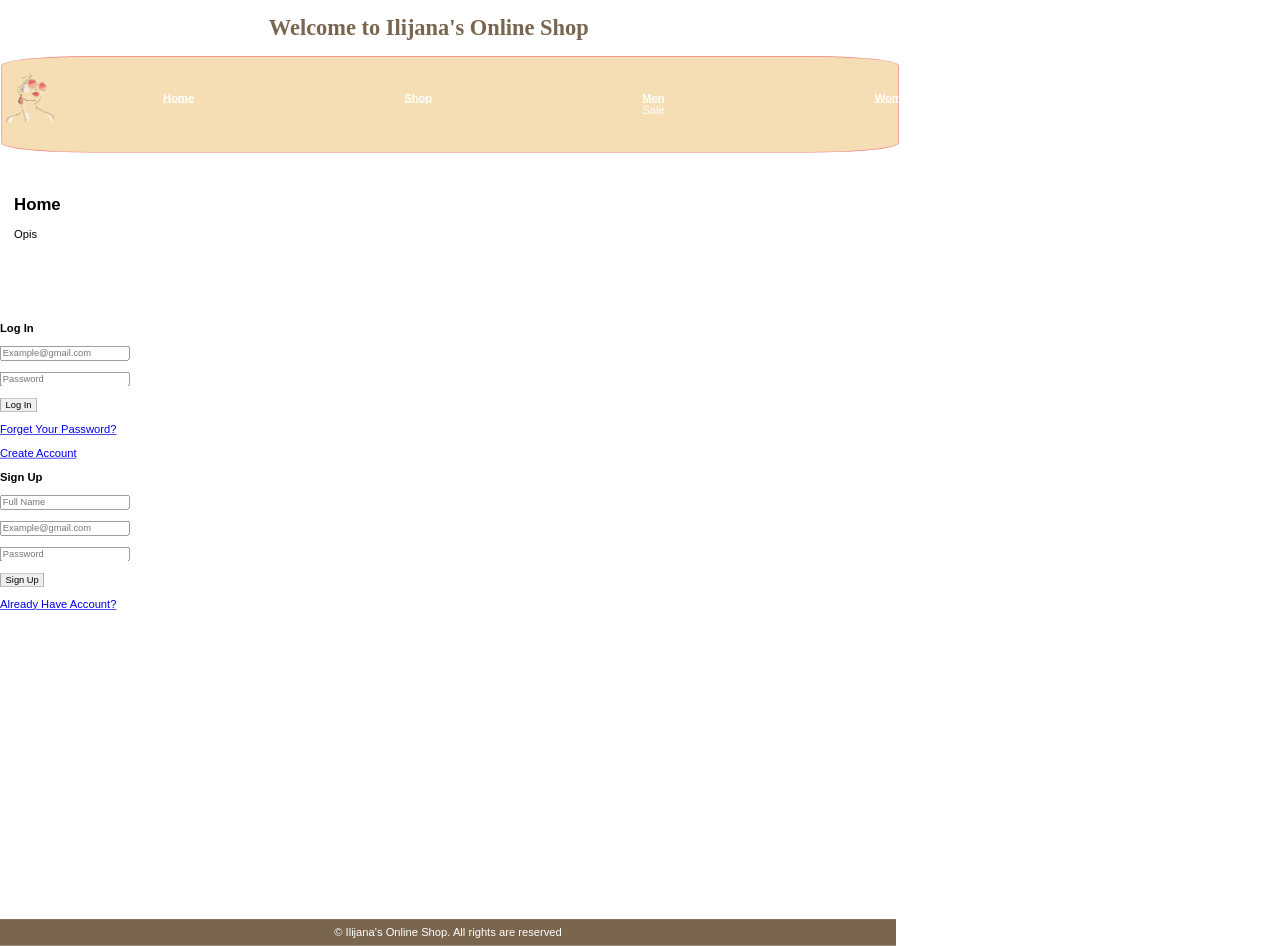
Repository: ilijana123/Proekt1
Page: html.html
The author's editor kept a copy of each file at every save. The page is drawn from the files as they stood at one save, then again after the next save.
The browser window is 1280 px wide. The page is 1801 px wide, so the pictures cover 1801 px, including what lies to the right of the window. The pictures show the whole page, at 70% of full size.

Above is the page before, as saved 2023-11-13 02:10:37.

### html.html
<!DOCTYPE html>
<html>
    <head>

    <meta charset="utf-8">
    <title>Online shop</title>
    <link rel="stylesheet" type="text/css" href="1.css">
    <script src="script.js"></script>

    </head>

    <body>
    <header>
       <h1>Welcome to Ilijana's Online Shop</h1>
    </header>

    <nav>
        <div class="social-call">
        <div class="social">
            <a href="#"><i class="fab fa-facebook-f"></i></a>
            <a href="#"><i class="fab fa-twitter"></i></a>
            <a href="#"><i class="fab fa-youtube"></i></a>
            <a href="#"><i class="fab fa-instagram"></i></a>
        </div>
        </div>
        <div class="navigation">
            <a href="#" class="logo"><img src="logo.png"></a>
            <div class="toggle"></div>
            <ul class="menu">
            <li><a href="#">Home</a></li>
            <li  class="shop"><a href="#" >Shop</a></li>
            <li><a href="#">Men</a>
                <span class="sale-lable">Sale</span>
            </li>
            <li><a href="#">Women</a></li>
            <li><a href="#">Kids</a></li>
            </ul>
            <div class="right-menu">
            <a href="javascript:void(0);" class="search">
                <i class="fas fa-search"></i>
            </a>
            <a href="javascript:void(0);" class="user">
                <i class="far fa-user"></i>
            </a>
            <a href="#">
                <i class="fas fa-shopping-cart">
                    <span class="num-cart-product">0</span>
                </i>
            </a>
            </div>
        </div>
    </nav>

       <section id="home">
            <h2>Home</h2>
            <p>Opis</p>
        </section>
        <section id="contact"></section>
            <div class="form">
                <div class="login-form">
                    <a href="javascript:void(0);" class="form-cancel">
                        <i class="fas fa-times"></i>
                    </a>
                    <strong>Log In</strong>
                    <form>
                        <p><input type="email" name="email" placeholder="Example@gmail.com" required/></p>
                        <p><input type="password" name="password" placeholder="Password" required/></p>
                        <p><input type="submit" value="Log In"/></p>
                    </form>
                    <div class="form-btns">
                        <p><a href="#" class="forget">Forget Your Password?</a></p>
                        <p><a href="javascript:void(0);" class="sign-up-btn">Create Account</a></p>
                    </div>
                </div>
                    <div class="sign-up-form">
                    <a href="javascript:void(0);" class="form-cancel">
                        <i class="fas fa-times"></i>
                    </a>
                        <strong>Sign Up</strong>
                        <form>
                            <p><input type="text" name="fullname" placeholder="Full Name" required/></p>
                            <p><input type="email" name="email" placeholder="Example@gmail.com" required/></p>
                            <p><input type="password" name="password" placeholder="Password" required/></p>
                            <p><input type="submit" value="Sign Up"/>
                        </form>
                        <div class="form-btns">
                            <a href="javascript:void(0);" class="already-account">
                                Already Have Account?</a>

                        </div>
                    </div>
            </div>
       </section>

       <section id="category1"></section>
       <section id="category2"></section>
       <section id="category3"></section>
       <section id="instagram"></section>
      <section id="survey">
      </section>
      <section id="questionnaire">
      </section>
      <section id="contact">
      </section>
       <footer> &copy; Ilijana's Online Shop. All rights are reserved</footer>

    </body>
</html>

### 1.css
h1  {
        font-family: fantasy;
        color:rgb(122, 101, 79);
        position:relative;
        margin-left: 30%;
    }
    body
    {
        margin: 0;
        padding: 0;
        font-family: Arial, sans-serif;
    }
    .navigation
    {
        display:flex;
        justify-content: space-between;
        allign-items: center;
        background-color: wheat;
        margin:auto;
        position: relative;
        color: white;
        padding:auto;
        left: 2px;
        right: 2px;
        width: 100%;
        z-index: 100;
        border: 1px solid rgba(0,0,0,03);
        border-radius: 10%;
        border-color: lightcoral;
    }
    nav ul
    {
        list-style-type: none;
        margin: 0;
        padding: 0;
        display: flex;
        margin-top: 50px;
        flex-direction: row;
    }
    nav ul li
    {
        display: block;
        margin-bottom: 50px;
        margin-right: 150px;
        margin-left:150px;
    }
    section {
        padding: 20px;
        margin: 20px 0;
    }
    nav a
    {
        color: white;
        font-weight:bolder;
        size: 50px;
    }
    nav a:hover {
        color:rgb(122, 101, 79);
    }

    footer {
        background-color:rgb(122, 101, 79);
        color: white;
        text-align: center;
        padding: 10px;
    }
    .logo img
    {
        height: 80px;
        margin-top: 20px;
    }

### script.js
function btnClicked()
{
    document.location.href="html1.html";
}

After the next save:
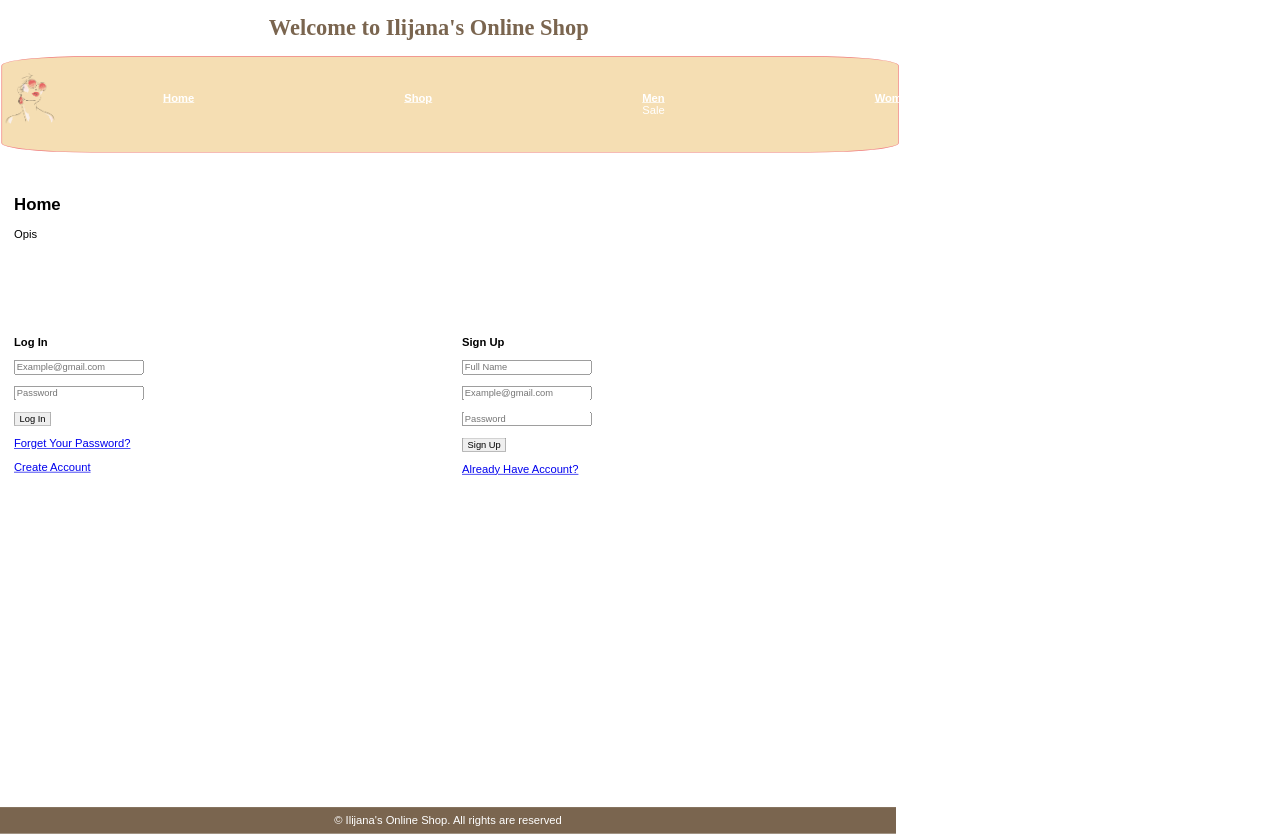
Saved 2 min 20 s later.
--- a/1.css
+++ b/1.css
@@ -69,3 +69,13 @@ h1  {
         height: 80px;
         margin-top: 20px;
     }
+    .form {
+        display: flex;
+    }
+
+    .login-form,
+    .sign-up-form {
+        width: 50%;
+        padding: 20px;
+        box-sizing: border-box;
+    }
